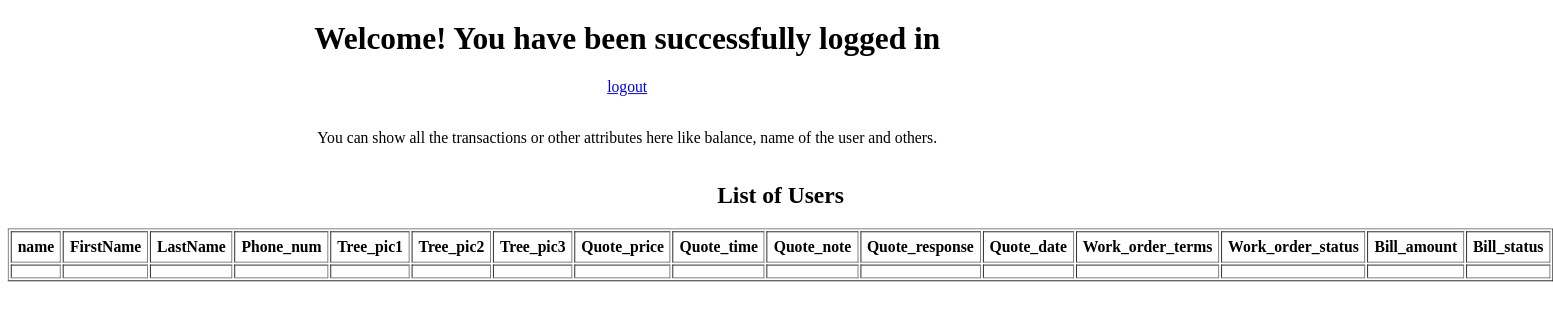
Repository: jacknishanian/Database-project
Page: http://localhost/database/activitypage.jsp
An editor plug-in stored every save of this project. The page is shown before and after the next save, followed by the edit.
The browser window is 1280 px wide. The page is 1585 px wide, then 1405 px, so the pictures cover 1585 px, including what lies to the right of the window. The pictures show the whole page, at 98% of full size.
The page is served by Tomcat 9. Other server files are loaded and not shown.

Above is the page before, as saved 2023-10-18 17:30:48.

### database/WebContent/activitypage.jsp
<%@ page language="java" contentType="text/html; charset=ISO-8859-1"
    pageEncoding="ISO-8859-1"%>
<%@ taglib uri="http://java.sun.com/jsp/jstl/core" prefix="c" %>

<!DOCTYPE html>
<html>
<head>
<meta charset="ISO-8859-1">
<title>Activity page</title>
</head>

<center><h1>Welcome! You have been successfully logged in</h1> </center>


	<body>
	 <center>
		 <a href="login.jsp"target ="_self" > logout</a><br><br>
		 <p> You can show all the transactions or other attributes here like balance, name of the user and others.</p>




            <table border="1" cellpadding="6">
            <caption><h2>List of Users</h2></caption>
            <tr>
				<th>name</th>
				<th>FirstName</th>
				<th>LastName</th>
				<th>Phone_num</th>
				<th>Tree_pic1</th>
				<th>Tree_pic2</th>
				<th>Tree_pic3</th>
				<th>Quote_price</th>
				<th>Quote_time</th>
				<th>Quote_note</th>
				<th>Quote_response</th>
				<th>Quote_date</th>
				<th>Work_order_terms</th>
				<th>Work_order_status</th>
				<th>Bill_amount</th>
				<th>Bill_status</th>
            </tr>


            <tr style="text-align:center">

                    <td><c:out value="${user.firstName}" /><c:out value="${' '}" /> <c:out value="${user.lastName}" /></td>
                    <td><c:out value="${user.firstName}" /></td>
                    <td><c:out value="${user.lastName}" /></td>
                    <td><c:out value="${user.phone_num}" /></td>
                    <td><c:out value="${user.tree_pic1}" /></td>
                    <td><c:out value="${user.tree_pic2}" /></td>
                    <td><c:out value="${user.tree_pic3}" /></td>
                    <td><c:out value="${user.quote_price}"/></td>
                    <td><c:out value="${user.quote_time}" /></td>
                    <td><c:out value="${user.quote_note}"/></td>
                    <td><c:out value="${user.quote_response}" /></td>
                    <td><c:out value="${user.quote_date}" /></td>
                    <td><c:out value="${user.work_order_terms}" /></td>
                    <td><c:out value="${user.work_order_status}"/></td>
                    <td><c:out value="${user.bill_amount}" /></td>
                    <td><c:out value="${user.bill_status}" /></td>



        </table>

		 </center>
	</body>
</html>

After the next save:
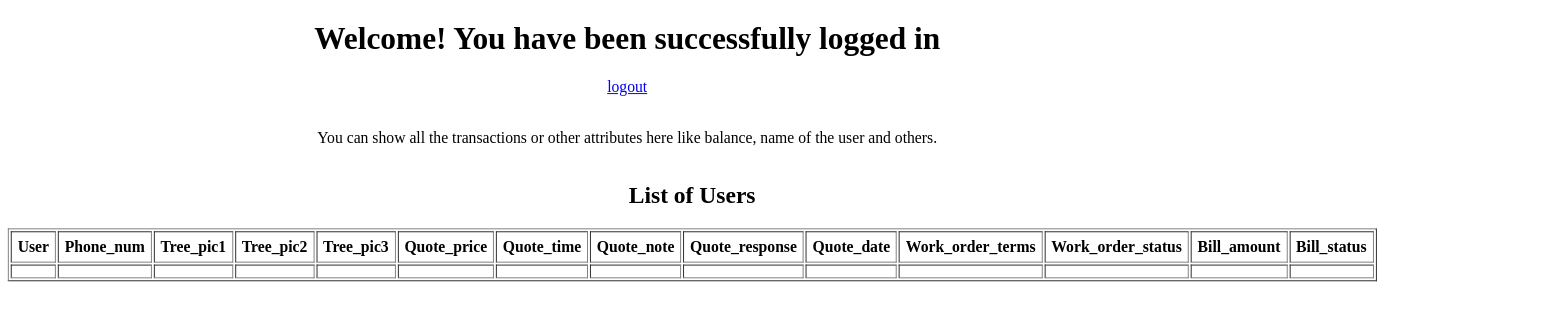
Saved 23 s later.
--- a/database/WebContent/activitypage.jsp
+++ b/database/WebContent/activitypage.jsp
@@ -23,9 +23,7 @@
             <table border="1" cellpadding="6">
             <caption><h2>List of Users</h2></caption>
             <tr>
-				<th>name</th>
-				<th>FirstName</th>
-				<th>LastName</th>
+				<th>User</th>
 				<th>Phone_num</th>
 				<th>Tree_pic1</th>
 				<th>Tree_pic2</th>
@@ -45,8 +43,6 @@
             <tr style="text-align:center">
 
                     <td><c:out value="${user.firstName}" /><c:out value="${' '}" /> <c:out value="${user.lastName}" /></td>
-                    <td><c:out value="${user.firstName}" /></td>
-                    <td><c:out value="${user.lastName}" /></td>
                     <td><c:out value="${user.phone_num}" /></td>
                     <td><c:out value="${user.tree_pic1}" /></td>
                     <td><c:out value="${user.tree_pic2}" /></td>
